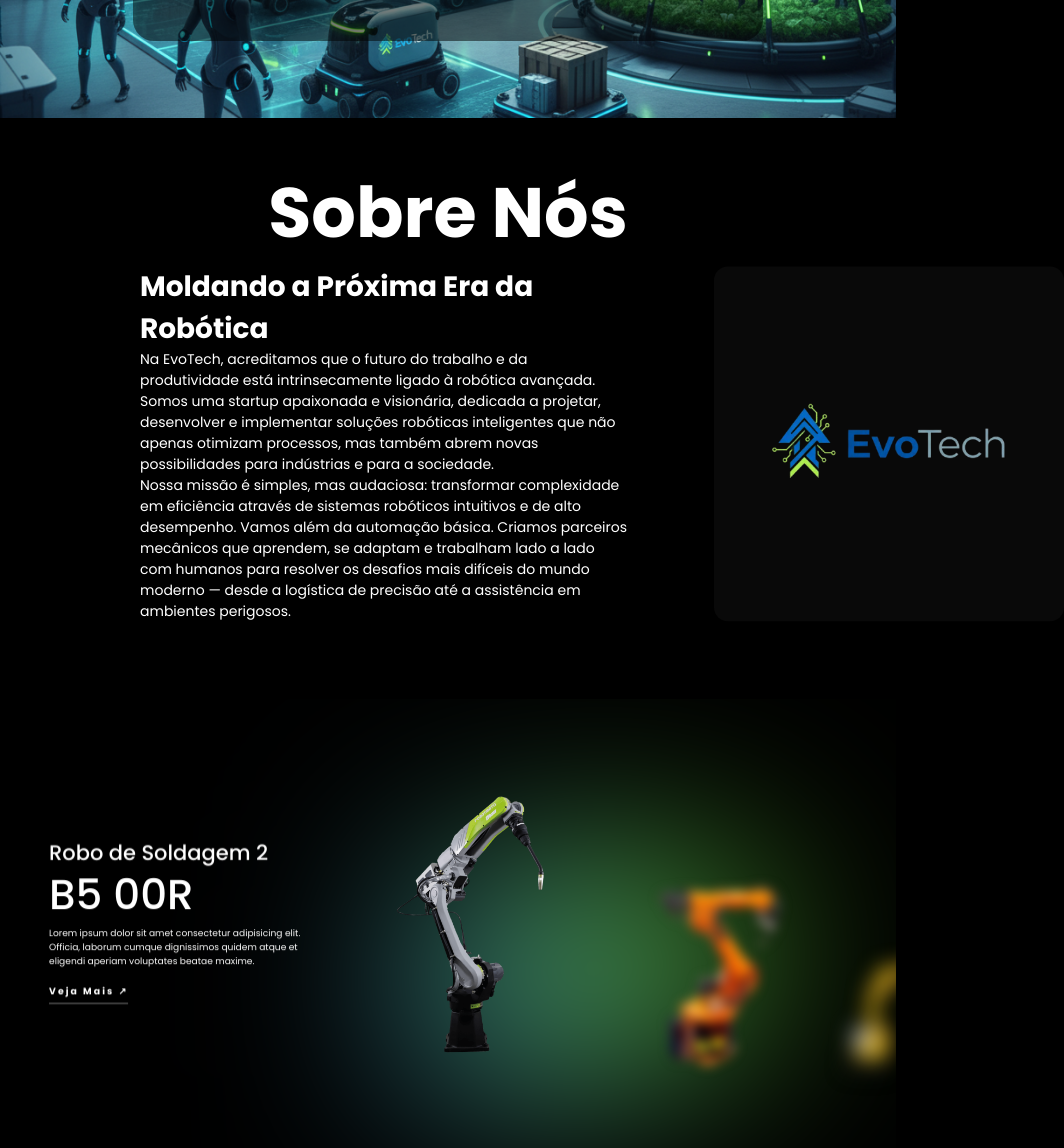
Repository: IsaacDEV10/EvoTech
Page: /
These files come from the project's save history. The page is drawn as it stood at one moment and after the next save; the edit follows.
The browser window is 1280 px wide. The page is 1520 px wide, so the pictures cover 1520 px, including what lies to the right of the window. The pictures show the part of the page from y = 551 to 2191 px (the page is 2633 px tall before and 2603 px after), at 70% of full size.
The project was rebuilt for these pictures with package versions that can differ from the ones it lists, and the page was loaded fresh each time. Also part of the build but not shown: vite.config.js, src/App.css.

Above is the page before, as saved 2025-10-28 09:46:26.

After the next save:
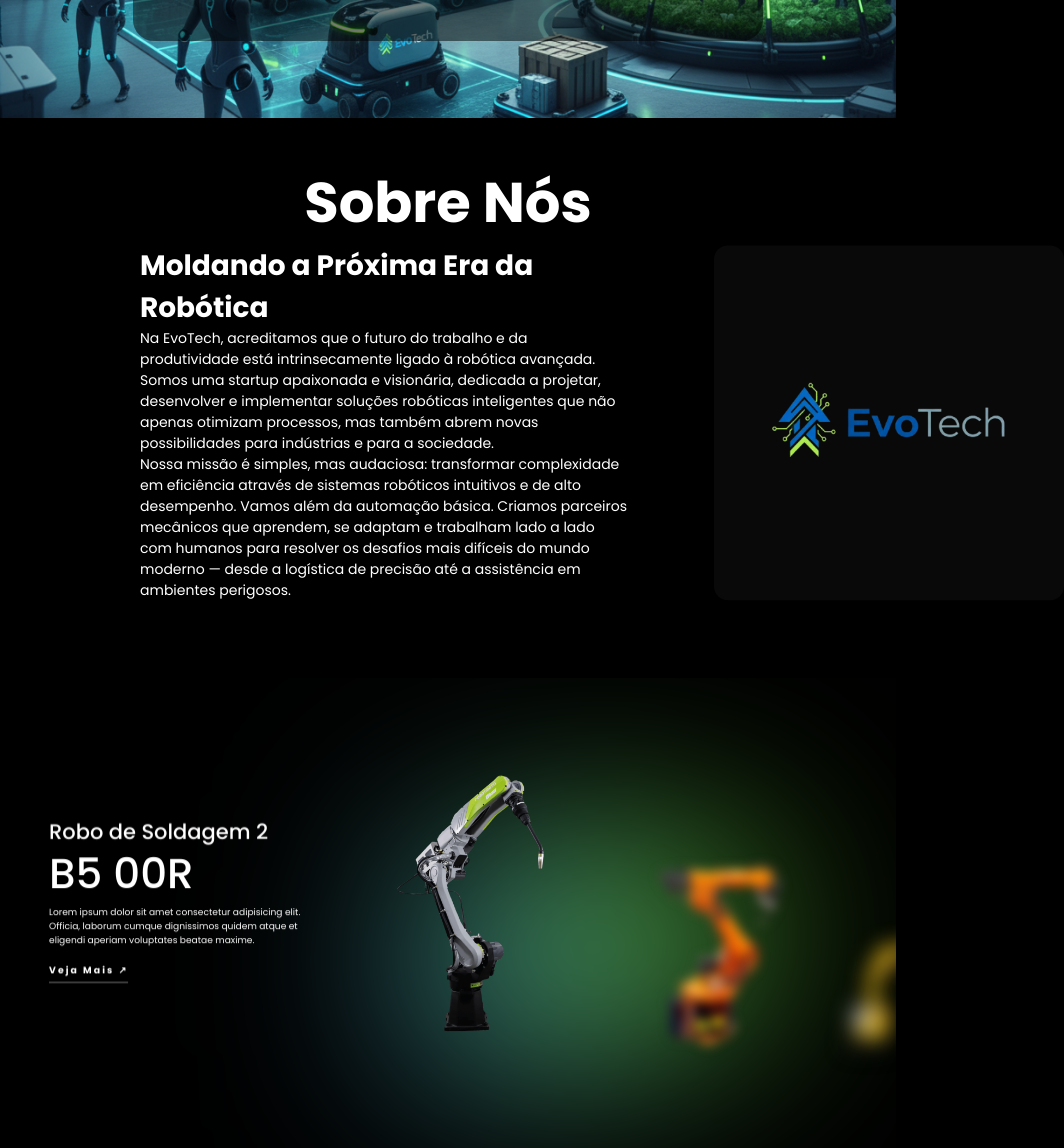
Saved 4 s later.
--- a/src/components/About/about.css
+++ b/src/components/About/about.css
@@ -6,7 +6,7 @@
     color: #fff;
     display: flex;
     justify-content: center;
-    font-size: 100px;
+    font-size: 80px;
 }
 
 .about-content {
